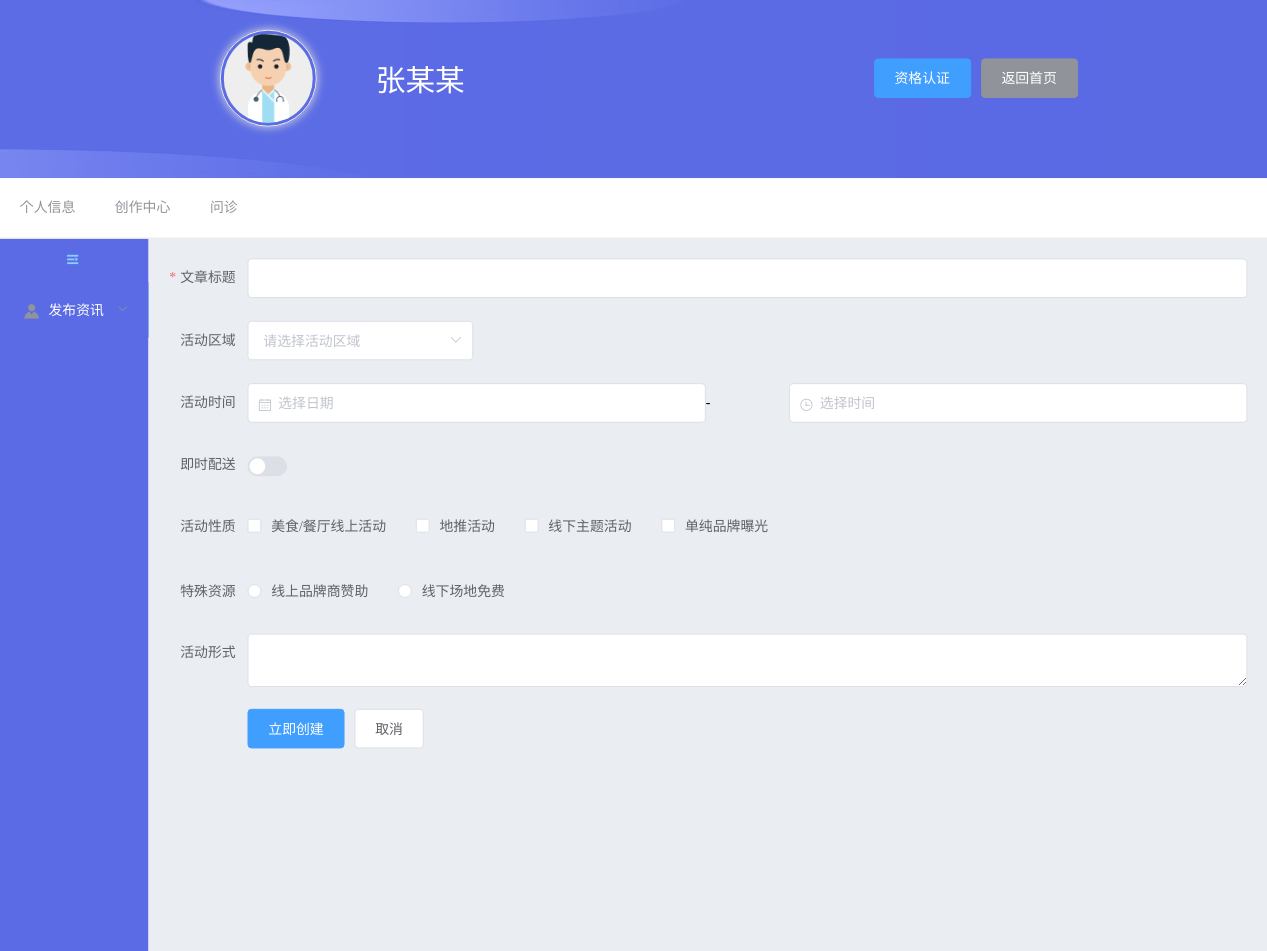
Repository: DiscreteL/SOA_Front
Page: /#/uploadArticle
An editor plug-in stored every save of this project. The page is shown before and after the next save, followed by the edit.
The browser window is 1280 px wide. The pictures show the whole page, at 99% of full size.
The project was rebuilt for these pictures with package versions that can differ from the ones it lists, and the page was loaded fresh each time. Also part of the build but not shown: vue.config.js, src/components/navigation.vue, src/components/dialog.vue, src/views/news.vue, src/components/announcement.vue, src/components/patientKnow.vue, src/views/Home.vue, src/views/login.vue and 15 more.

Above is the page before, as saved 2021-11-29 12:00:40.

### src/main.js
import Vue from 'vue'
import App from './App.vue'
import router from './router'
import store from './store'
import ElementUI from 'element-ui';
import 'element-ui/lib/theme-chalk/index.css';
import instance_ from "@/utils/api";

Vue.use(ElementUI);

Vue.config.productionTip = false

Vue.prototype.instance = instance_

new Vue({
  router,
  store,
  render: h => h(App)
}).$mount('#app')

router.beforeEach((to, from, next) => {
  /* 路由发生变化修改页面title */
  if (to.meta.title) {
      document.title = to.meta.title
  }
  next()
})

### src/App.vue
<template>
  <div id="app">
    <router-view/>
  </div>
</template>

<style lang="less" scoped>
</style>

<script>
export default {
  name: 'app'
}
</script>

### src/utils/api.js
//输出通用axios实例
import axios from 'axios';
axios.defaults.withCredentials = false

const instance = axios.create({
  timeout: 10000,
   headers: {
    'Content-Type': "multipart/form-data;charset=utf-8",
  }
});

export default {
  //GqvbYer04485869e6b5acbed4ed10dfd79468f6d84577b1

   diseaseList (data) {
     return instance.get("https://api.apishop.net/common/disease/queryDiseaseList?apiKey=GqvbYer04485869e6b5acbed4ed10dfd79468f6d84577b1&page=1&pageSize=50", data);
   },
   diseaseInfo(data){
    return instance.get("https://api.apishop.net/common/disease/queryDiseaseInfo?apiKey=GqvbYer04485869e6b5acbed4ed10dfd79468f6d84577b1&diseaseID="+data);
   }


//   allUser () {
//     return instance.post('/api/user');
//   },
//   allProduct () {
//    return instance.post('/api/product')
//   },
//   upload (data) {
//     return instance.post('/api/upload',data)
//   },
//   regist (data){
//   	return instance.post('/api/createOrUpdateUser',data)
//   }
};

### src/views/doctor/messageCenter.vue
<template>
  <div class="home_container">
    <UserHomeNav2></UserHomeNav2>
    <!--页面主体区-->
    <el-container>
      <!--侧边栏-->
      <el-aside :width="isCollapse ? '64px' : '150px'">
        <div class="toggle-button" @click="toggleCollapse">
          <div v-if="this.isCollapse == true">
            <i class="el-icon-s-fold"></i>
          </div>
          <div v-else>
            <i class="el-icon-s-unfold"></i>
          </div>
        </div>
        <el-menu
          background-color="#5b6be5"
          text-color="#fff"
          active-text-color="#409EFF"
          :collapse="isCollapse"
          :collapse-transition="false"
          :router="true"
          :default-active="activePath"
        >
          <!-- :unique-opened="true"->只允许展开一个菜单 -->
          <!-- :collapse-transition="false" -> 关闭动画 -->
          <!-- router -> 导航开启路由模式 -->
          <el-submenu index="1">
          <!-- 一级菜单模板 -->
          <template slot="title">
            <i class="el-icon-s-custom"></i>
            <span>发布资讯</span>
          </template>
            <el-menu-item index="/uploadArticle" @click="saveNavState('/uploadArticle')">
              <i class="el-icon-date" style="color: #dcdcdc"></i>
              <span slot="title">发布文章</span>
            </el-menu-item>
            <el-menu-item index="/uploadVideo" @click="saveNavState('/uploadVideo')">
              <i class="el-icon-date" style="color: #dcdcdc"></i>
            <span slot="title">上传视频</span>
            </el-menu-item>
          </el-submenu>

        </el-menu>
      </el-aside>
      <!--右侧主体区-->
      <el-main>
        <router-view></router-view>
      </el-main>
    </el-container>
  </div>
</template>

<script>
import UserHomeNav2 from "@/components/userhomenav2.vue";

export default {
  name: "messageCenter",
  components: {
    UserHomeNav2,
  },
  data() {
    return {
      // 默认不折叠
      isCollapse: false,
      // 被激活导航地址
      activePath: "",
    };
  },
  created() {
    this.activePath = window.sessionStorage.getItem("activePath");
  },
  methods: {
    toggleCollapse() {
      this.isCollapse = !this.isCollapse;
    },
    saveNavState(activePath) {
      window.sessionStorage.setItem("activePath", activePath);
      this.activePath = activePath;
    },
  },
};
</script>

<style lang="less" scoped>
html,
body {
  width: 100%;
  height: 100%;
  margin: 0px;
  padding: 0px;
}
.home_container{
    height: 100vh;
}
.el-container{
    height: 100%;
}
.el-aside {
  background-color: #5b6be5;
  .el-menu {
    border-right: none;
  }
}
.el-main {
  background-color: #eaedf1;
}
.toggle-button {
  background-color: #5b6be5;
  font-size: 15px;
  line-height: 24px;
  color: #87cefa;
  text-align: center;
  letter-spacing: 0.2em;
  cursor: pointer;
  padding: 10px;
}
.logo_box {
  height: 60px;
  width: 60px;
  border: 5px #53868b;
  border-radius: 50%; /* 圆角 */
  position: relative;
  margin: 30px;
}
.port_box img {
  width: 100%;
  height: 100%;
  border-radius: 50%; /* 圆角 */
  background-color: #53868b;
}
</style>

### src/views/doctor/message/uploadArticle.vue
<template>
<el-form ref="form" :model="form" label-width="80px">
  <el-form-item label="文章标题" required>
    <el-input v-model="form.name"></el-input>
  </el-form-item>
  <el-form-item label="活动区域">
    <el-select v-model="form.region" placeholder="请选择活动区域">
      <el-option label="区域一" value="shanghai"></el-option>
      <el-option label="区域二" value="beijing"></el-option>
    </el-select>
  </el-form-item>
  <el-form-item label="活动时间">
    <el-col :span="11">
      <el-date-picker type="date" placeholder="选择日期" v-model="form.date1" style="width: 100%;"></el-date-picker>
    </el-col>
    <el-col class="line" :span="2">-</el-col>
    <el-col :span="11">
      <el-time-picker placeholder="选择时间" v-model="form.date2" style="width: 100%;"></el-time-picker>
    </el-col>
  </el-form-item>
  <el-form-item label="即时配送">
    <el-switch v-model="form.delivery"></el-switch>
  </el-form-item>
  <el-form-item label="活动性质">
    <el-checkbox-group v-model="form.type">
      <el-checkbox label="美食/餐厅线上活动" name="type"></el-checkbox>
      <el-checkbox label="地推活动" name="type"></el-checkbox>
      <el-checkbox label="线下主题活动" name="type"></el-checkbox>
      <el-checkbox label="单纯品牌曝光" name="type"></el-checkbox>
    </el-checkbox-group>
  </el-form-item>
  <el-form-item label="特殊资源">
    <el-radio-group v-model="form.resource">
      <el-radio label="线上品牌商赞助"></el-radio>
      <el-radio label="线下场地免费"></el-radio>
    </el-radio-group>
  </el-form-item>
  <el-form-item label="活动形式">
    <el-input type="textarea" v-model="form.desc"></el-input>
  </el-form-item>
  <el-form-item>
    <el-button type="primary" @click="onSubmit">立即创建</el-button>
    <el-button>取消</el-button>
  </el-form-item>
</el-form>
</template>

<script>
  export default {
    data() {
      return {
        form: {
          name: '',
          region: '',
          date1: '',
          date2: '',
          delivery: false,
          type: [],
          resource: '',
          desc: ''
        }
      }
    },
    methods: {
      onSubmit() {
        console.log('submit!');
      }
    }
  }
</script>

### src/service/userService.js
import url from '../axios/url';
import request from '../axios/request';

export function getDocDataFun(params) {
    return request.get(url.patient.getDocListData, params);
  }

export function getDocOptionFun(params) {
    return request.get(url.patient.getDocOptionData, params);
  }

export function getDrugFun(params){
  return request.get(url.patient.getDrugData,params);
}

export function getHosFun(params){
  return request.get(url.patient.getHosData,params);
}

export function getNoticeFun(params){
  return request.get(url.patient.getNoticeData,params);
}

export function getDiseaseFun(params){
  return request.get(url.patient.getDiseaseData,params);
}

export function postReservationFun(params){
  return request.post(url.patient.postReservationData,params);
}

export function loginPFun(params){
  return request.get(url.patient.patientLogin,params);
}

export function loginDFun(params){
  return request.get(url.patient.doctorLogin,params);
}

export function registerPFun(params){
  return request.post(url.patient.patientRegister,params);
}

export function registerDFun(params){
  return request.post(url.patient.doctorRegister,params);
}

export function sendAcidFormFun(params){
  return request.post(url.patient.sendAcidForm, params)
}

export function sendOfflineReFun(params){
  return request.post(url.patient.sendOffineReservation, params)
}

export function sendChatMesFun(params){
  return request.post(url.alluser.sendChatMes, params)
}

export function getChatMesFun(params){
  return request.get(url.alluser.getChatMes, params)
}

export function getCartFun(params){
  return request.get(url.patient.getCart, params)
}

export function clearCartFun(params){
  return request.post(url.patient.clearCart, params)
}

export function addCartFun(params){
  return request.post(url.patient.addCart, params)
}

export function getPatientInfoDataFun(params){
  return request.get(url.doctor.getPatientInfoData,params);
}
export function postPreDataFun(params){
  return request.post(url.doctor.postPreData,params);
}

export function postMedicineIncludedDataFun(params){
  return request.post(url.doctor.postMedicineIncludedData,params);
}

export function postReportDataFun(params){
  return request.post(url.doctor.postReportData,params);
}

export function getDocInfoData(params){
  return request.get(url.patient.getDocInfoData,params);
}

export function getDrugsIncludedListDataFun(params){
  return request.get(url.patient.getDrugsIncludedListData,params);
}

export function postRateDataFun(params){
  return request.post(url.patient.postRateData,params);
}

export function getPreDataFun(params){
  return request.get(url.patient.getPreData,params);
}

export function getDiseaseListDataFun(params){
  return request.get(url.patient.getDiseaseListData,params);
}

export function getDepartmentListDataFun(params){
  return request.get(url.patient.getDepartmentListData,params);
}

export function getPatientInfoFun(params){
  return request.get(url.patient.getPatientInfo,params);
}

export function postAutoAddDataFun(params){
  return request.post(url.patient.postAutoAddData,params);
}

export function getDrugListDataFun(params){
  return request.get(url.patient.getDrugListData,params);
}

export function getNATFun(params){
  return request.get(url.patient.getNAT,params);
}
export function getReportListDataFun(params){
  return request.get(url.admin.getReportListData,params);
}
export function getNoticeListDataFun(params){
  return request.get(url.admin.getNoticeListData,params);
}
export function postNoticeDataFun(params){
  return request.post(url.admin.postNoticeData,params);
}

export function getDocFun(params){
  return request.get(url.patient.getDoctorData,params)
}

export function getRecordsFun(params){
  return request.get(url.patient.getRecordsData,params)
}

export function getCompletedRecordsFun(params){
  return request.get(url.patient.getCompletedRecordsData,params)
}

export function updateReservationFun(params){
  return request.post(url.patient.updateReservationData,params)
}

export function postNoticeFun(params){
  return request.post(url.patient.postNoticeData,params)
}

export function deleteNoticeFun(params){
  return request.post(url.patient.deleteNotice,params)
}

export function getPatiBMIFun(params){
  return request.get(url.patient.getPatiBMI,params)
}

export function getPaiInoFun(params){
  return request.get(url.patient.getPaiIno,params)
}

export function getOfflineAppFun(params){
  return request.get(url.patient.getOfflineApp,params)
}

export function getReservationsFun(params){
  return request.get(url.patient.getReservations,params)
}

export function postPaiInoFun(params){
  return request.post(url.patient.postPaiIno,params)
}

export function RectifyOfflineAppFun(params){
  return request.post(url.patient.postRectifyOfflineApp,params)
}

export function RectifyNucleicAppFun(params){
  return request.post(url.patient.postRectifyNucleicApp,params)
}

export function getDocInoFun(params){
  return request.get(url.doctor.getDocIno,params)
}

export function getHospitalFun(params){
  return request.get(url.patient.getHospital,params)
}

### src/components/userhomenav2.vue
<template>
  <div class="container">
    <div class="head">
      <div class="background">
        <img src="@/assets/back.jpg" alt="" width="100%" height="100%" />
      </div>
      <div class="headmain">
        <div class="left">
          <!-- 头像部分 -->
          <div class="port_box">
            <img src="../assets/docPort.png" />
          </div>

          <!-- 个人信息部分 -->
          <div
            class="Info"
            style="color: white; font-size: 30px; font-family: 宋体"
          >
            {{ userName }}<br />
          </div>
        </div>
        <div>
            <el-button type="primary" @click="certify">资格认证</el-button>
          <el-button type="info" @click="returnhome">返回首页</el-button>
        </div>
      </div>
    </div>
    <div class="navBar">
      <el-menu
        :default-active="this.$route.path"
        class="el-menu-demo"
        router
        mode="horizontal"
        active-text-color="#409EFF"
      >
        <el-menu-item v-for="(item, i) in navList" :key="i" :index="item.name">
          {{ item.navItem }}
        </el-menu-item>
      </el-menu>
    </div>
    <div></div>
  </div>
</template>

<script>
export default {
  name: "UserHomeNav2",
  data() {
    return {
      //   userID: window.sessionStorage.getItem("id"),
      userName: "张某某",
      navList: [
        { name: "/userHome2", navItem: "个人信息" },
        { name: "/messageCenter", navItem: "创作中心" },
        { name: "/consult", navItem: "问诊" },
        // { name: "/help", navItem: "帮助中心" },
      ],
    };
  },
  methods: {
    returnhome(){
      this.$router.push("/home");
    },
    certify(){

    }
  },
};
</script>

<style scoped>
.head {
  height: 180px;
  width: 100%;
}
.background {
  width: 100%;
  height: 180px;
  z-index: -1;
  position: absolute;
}
.headmain {
  display: flex;
  justify-content: space-around;
  align-items: center;

}
.left {
  display: flex;
  align-items: center;
}
.port_box {
  height: 90px;
  width: 90px;
  border: 1px solid #eee;
  border-radius: 50%; /* 圆角 */
  padding: 3px; /*图片和边框之间的间距 */
  box-shadow: 0 0 10px #ddd; /*阴影 */
  position: relative;
  margin: 30px;
}
.port_box img {
  width: 100%;
  height: 100%;
  border-radius: 50%; /* 圆角 */
  background-color: #eee;
}

.Info {
  text-align: left;
  font: 15px "Microsoft YaHei";
  margin: 30px;
  position: relative;
}
</style>

### src/axios/url.js
import patient from './modules/patient';
import alluser from './modules/alluser';
import doctor from './modules/doctor';
import admin from './modules/admin';
export default {
    patient,
    alluser,
    doctor,
    admin,
};

### src/axios/request.js
import axios from './axios';
export default {
  // get请求
  get(url, param) {
    return new Promise((resolve, reject) => {
      axios({
        method: 'get',
        url,
        params: param
      })
        .then((res = {}) => {
          if (res.code !== '200') reject(res);
          resolve(res);
        })
        .catch(_ => {
          reject(_)});
    });
  },
  // post请求
  post(url, param) {
    return new Promise((resolve, reject) => {
      axios({
        method: 'post',
        url,
        data: param,
      })
        .then((res = {}) => {
          if (res.code !== '200') reject(res);
          resolve(res);
        })
        .catch(_ => reject(_));
    });
  },
};

### src/axios/modules/patient.js
export default {
    getDocListData:'/Patient/GetDoctorList',
    getDrugData:'/Patient/GetDrugInforList',
    getHosData:'/Patient/GetHospitalList',
    getNoticeData:'/Patient/GetNoticeList',
    getDiseaseData:'/Patient/GetDiseaseList',
    patientLogin:'/Patient/Login',
    doctorLogin:'/Doctor/Login',
    patientRegister:'/Patient/Register',
    doctorRegister:'/Doctor/Register',
    postReservationData:'/Patient/PostReservation',
    sendAcidForm:'/Patient/PostAppOfNuc',
    sendOffineReservation:'/Patient/PostOfflineApp',
    getCart:'/Patient/GetCart',
    clearCart:'/Patient/EmptyCart',
    addCart:'/Patient/AddDrug',
    getDocInfoData:'/Patient/GetDoctor',
    getDrugsIncludedListData:'/Patient/GetIncludeList',
    postRateData:'/Patient/PostRating',
    getPreData:'/Patient/GetPre',
    getDiseaseListData:'/Patient/GetDiseaseList',//存在重复
    getDepartmentListData:'/Patient/GetDepartmentList',//存在重复
    getPatientInfo:'/Patient/GetPatiInfor',
    postAutoAddData:'/Patient/AutoAddDrug',
    getDrugListData:'/Patient/GetDrugInforList',//存在重复
    getLocalImg:'/Patient/GetImg',
    getNAT:'/Patient/GetAppsOfNuc',
    postNoticeData:'/Admin/PostNotice',
    deleteNotice:'/Admin/DeleteNotice',
    getPaiIno:'/Patient/GetPatient',
    getOfflineApp:'/Patient/GetOfflineAppList',
    getReservations:'/Patient/GetReservations',
    getPatiBMI:'/Patient/GetPatiInfor',
    getHospital:'/Patient/GetHospital',
    getPreData:'/Patient/GetPre',
    postPaiIno:'/Patient/ModInfor',
    postUpdateReservation:'Patient/UpdateReservation',
    postRectifyOfflineApp:'/Patient/RectifyOfflineApp',
    postRectifyNucleicApp:'/Patient/RectifyNucleicApp',
    updateReservationData:'/Patient/UpdateReservation',
    getDoctorData:'/Doctor/GetDoctor',
    getRecordsData:'/Doctor/GetReservationLists',
    getCompletedRecordsData:'/Doctor/GetRecords'
  };

### src/axios/modules/alluser.js
export default{
    sendChatMes:'/Base/PostChat',
    getChatMes:'/Base/GetChat'
};

### src/axios/modules/doctor.js
export default {
    getPatientInfoData:'/Doctor/GetPatient',
    postPreData:'/Doctor/PostPre',
    postMedicineIncludedData:'/Doctor/PostInclude',
    postReportData:'/Doctor/PostReport',
    getDocIno:'/Doctor/GetDoctor',
};

### src/axios/modules/admin.js
export default {
    getReportListData:'/Admin/GetReportForms',
    getNoticeListData:'/Admin/GetNoticeList',
    postNoticeData:'/Admin/PostNotice'
}

### src/axios/axios.js
import axios from 'axios';
import router from '../router';
import Vue from 'vue';
import qs from 'qs';
//import store from '../store/index';

//import Storage from '../utils/storages';


// 错误状态码处理提示
class MessageTip extends Vue {
  static messageTipInstance = null;
  messageTip = null;

  static instance() {
    if (!this.messageTipInstance) {
      this.messageTipInstance = new MessageTip();
    }
    this.messageTipInstance;
  }

  // 提示信息
  msgInfo(msg) {
    this.messageTip && this.messageTip.close();
    this.messageTip = this.$message({
      showClose: true,
      message: msg,
      type: 'error',
      center: true
    });
  }

  // 错误信息
  errorInfo(errorCode) {
    this.messageTip && this.messageTip.close();
    let msg = '';
    switch (errorCode) {
      case '400':
        msg = '请求错误';
        break;
      case '401':
        msg = '登录会话过期，请重新登录';
        break;
      case '403':
        msg = '拒绝访问';
        break;
      case '404':
        msg = '请求地址出错';
        break;
      case '408':
        msg = '请求超时';
        break;
      case '500':
        msg = '服务器内部错误';
        break;
      case '501':
        msg = '服务器未实现';
        break;
      case '502':
        msg = '网络错误';
        break;
      case '503':
        msg = '服务不可用';
        break;
      case '504':
        msg = '网关超时';
        break;
      case '505':
        msg = 'HTTP版本不受支持';
        break;
    }
    this.messageTip = this.$message({
      showClose: true,
      message: msg,
      type: 'error',
      center: true
    });
  }
}

const messageTip = new MessageTip();

axios.defaults.headers.post['Content-Type'] = 'application/json';

axios.defaults.withCredentials = true;
axios.defaults.baseURL = '/api';
axios.defaults.timeout = 5000;
// 请求拦截器
axios.interceptors.request.use(
  config => {
    if(config.method === 'post') {
      config.data = qs.stringify(config.data)
      config.url += '?' + config.data
    }
    else {
      config.params = qs.stringify(config.params)
      config.url += '?' + config.params
    }
    //config.headers.token = localStorage.getItem('$token_info');
    return config;
  },
  error => {
    return Promise.reject(error);
  }
);

// 响应拦截器
axios.interceptors.response.use(
  response => {
    response.data = {
      result:response.data,
      code:`${response.status}`
    }
    if (response && response.data && response.data.code !== '200') {
      response.data.msg && messageTip.msgInfo(response.data.msg);
      console.log(response)
      return Promise.reject(response.data);
    }
    return response.data;
  },
  error => {
    console.log(error)
    console.log(error.response)
    if (
      error &&
      error.response &&
      error.response.status &&
      messageTip.errorInfo(error.response.status)
    ) {
      return Promise.reject(error);
    }
  }
);
export default axios;

Loaded but not shown: public/index.html (common file); src/store/index.js (common file); src/router/index.js (225 lines, source omitted)

After the next save:
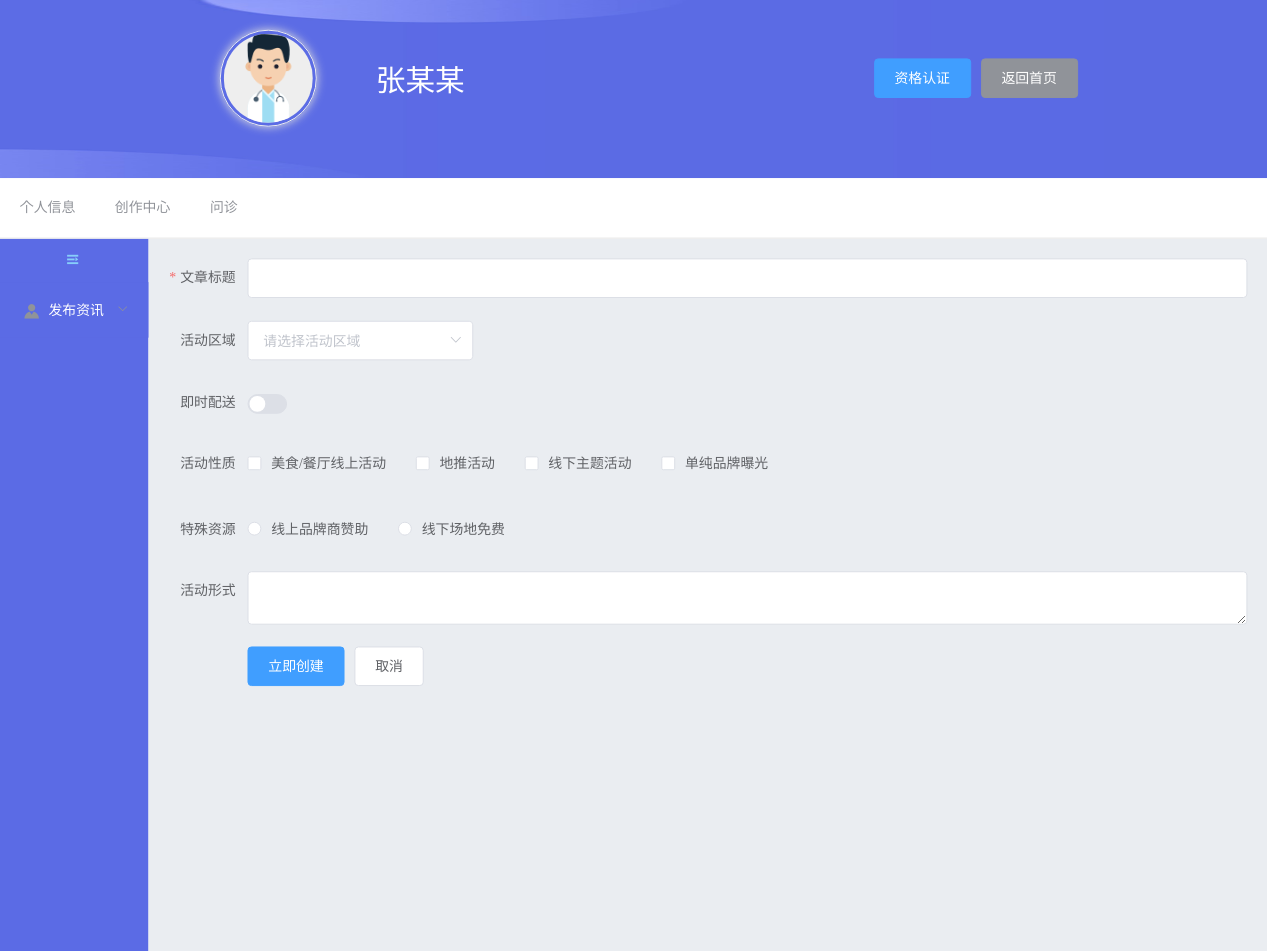
Saved 48 s later.
--- a/src/views/doctor/message/uploadArticle.vue
+++ b/src/views/doctor/message/uploadArticle.vue
@@ -8,15 +8,6 @@
       <el-option label="区域一" value="shanghai"></el-option>
       <el-option label="区域二" value="beijing"></el-option>
     </el-select>
-  </el-form-item>
-  <el-form-item label="活动时间">
-    <el-col :span="11">
-      <el-date-picker type="date" placeholder="选择日期" v-model="form.date1" style="width: 100%;"></el-date-picker>
-    </el-col>
-    <el-col class="line" :span="2">-</el-col>
-    <el-col :span="11">
-      <el-time-picker placeholder="选择时间" v-model="form.date2" style="width: 100%;"></el-time-picker>
-    </el-col>
   </el-form-item>
   <el-form-item label="即时配送">
     <el-switch v-model="form.delivery"></el-switch>
